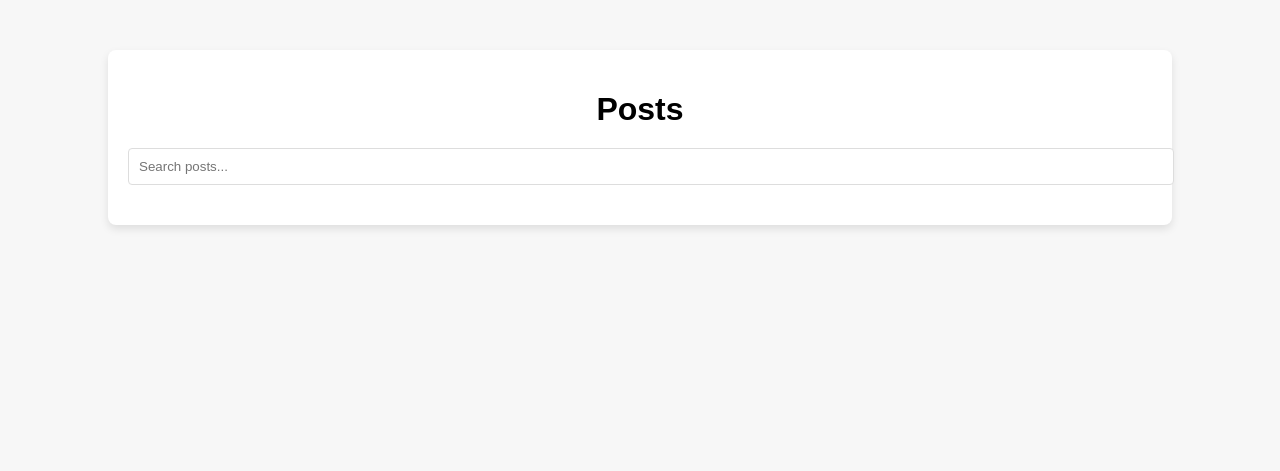
Repository: PEEZYBEE/phase-1-javascript-project-mode
Page: index.html
An editor plug-in stored every save of this project. The page is shown before and after a run of saves, followed by the edit.
The browser window is 1280 px wide. The pictures show the whole page.

Above is the page before, as saved 2025-03-25 13:00:00.
Console error: SyntaxError: Unexpected token '<'

### index.html
<!DOCTYPE html>
<html lang="en">
<head>
    <meta charset="UTF-8">
    <meta name="viewport" content="width=device-width, initial-scale=1.0">
    <title>Single Page Application</title>
    <link rel="stylesheet" href="style.css">
</head>
<body>
    <div class="container">
        <h1>Posts</h1>
        <input type="text" id="searchInput" placeholder="Search posts...">
        <div id="postsList"></div>
    </div>

    <script src="script.js"></script>
</body>
</html>

### style.css
body {
    font-family: Arial, sans-serif;
    background-color: #f7f7f7;
    margin: 0;
    padding: 0;
}

.container {
    width: 80%;
    margin: 50px auto;
    background-color: white;
    padding: 20px;
    border-radius: 8px;
    box-shadow: 0 4px 8px rgba(0, 0, 0, 0.1);
}

input {
    width: 100%;
    padding: 10px;
    margin-bottom: 20px;
    border: 1px solid #ddd;
    border-radius: 4px;
}

#postsList {
    display: flex;
    flex-wrap: wrap;
    gap: 20px;
}

.post {
    width: 48%;
    padding: 15px;
    background-color: #f0f0f0;
    border-radius: 8px;
    box-shadow: 0 2px 4px rgba(0, 0, 0, 0.1);
}

h1 {
    text-align: center;
    margin-bottom: 20px;
}

### script.js
<!DOCTYPE html>
<html lang="en">
<head>
    <meta charset="UTF-8">
    <meta name="viewport" content="width=device-width, initial-scale=1.0">
    <title>Book Tracker</title>
    <link rel="stylesheet" href="style.css">
</head>
<body>
    <div class="container">
        <h1>Book Tracker</h1>

        <!-- Search Books -->
        <input type="text" id="searchInput" placeholder="Search books..." />

        <!-- Add Book Form -->
        <h2>Add a New Book</h2>
        <form id="addBookForm">
            <input type="text" id="bookTitle" placeholder="Book Title" required />
            <input type="text" id="bookAuthor" placeholder="Author" required />
            <select id="bookStatus">
                <option value="want to read">Want to Read</option>
                <option value="currently reading">Currently Reading</option>
                <option value="read">Read</option>
            </select>
            <button type="submit">Add Book</button>
        </form>

        <!-- Book List -->
        <div id="bookList"></div>
    </div>

    <script src="script.js"></script>
</body>
</html>

After the next 2 saves:
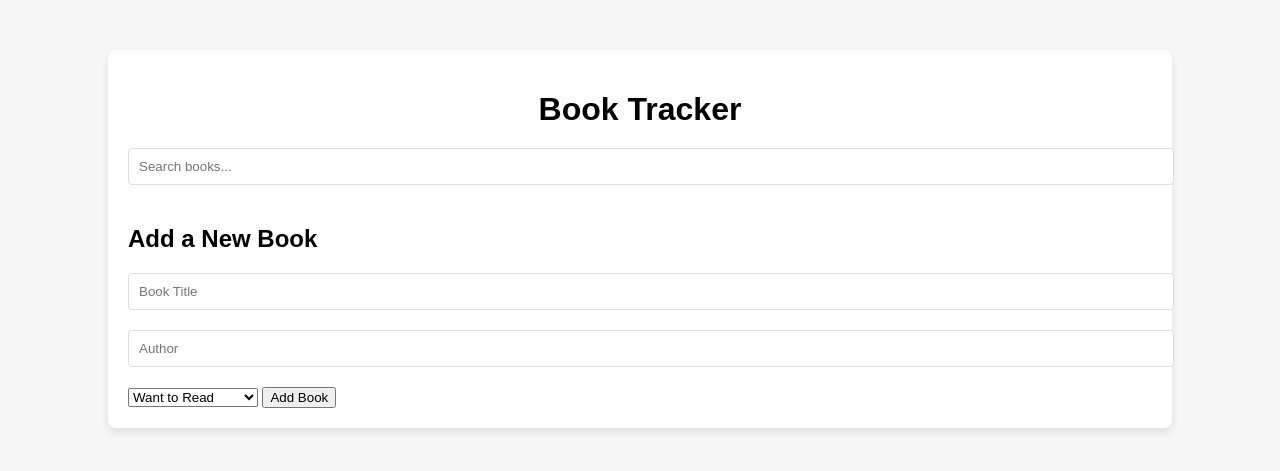
The 2 saves are shown as one change because they came seconds apart.
The last was saved 8 s later.
--- a/index.html
+++ b/index.html
@@ -3,14 +3,31 @@
 <head>
     <meta charset="UTF-8">
     <meta name="viewport" content="width=device-width, initial-scale=1.0">
-    <title>Single Page Application</title>
+    <title>Book Tracker</title>
     <link rel="stylesheet" href="style.css">
 </head>
 <body>
     <div class="container">
-        <h1>Posts</h1>
-        <input type="text" id="searchInput" placeholder="Search posts...">
-        <div id="postsList"></div>
+        <h1>Book Tracker</h1>
+
+        <!-- Search Books -->
+        <input type="text" id="searchInput" placeholder="Search books..." />
+
+        <!-- Add Book Form -->
+        <h2>Add a New Book</h2>
+        <form id="addBookForm">
+            <input type="text" id="bookTitle" placeholder="Book Title" required />
+            <input type="text" id="bookAuthor" placeholder="Author" required />
+            <select id="bookStatus">
+                <option value="want to read">Want to Read</option>
+                <option value="currently reading">Currently Reading</option>
+                <option value="read">Read</option>
+            </select>
+            <button type="submit">Add Book</button>
+        </form>
+
+        <!-- Book List -->
+        <div id="bookList"></div>
     </div>
 
     <script src="script.js"></script>
